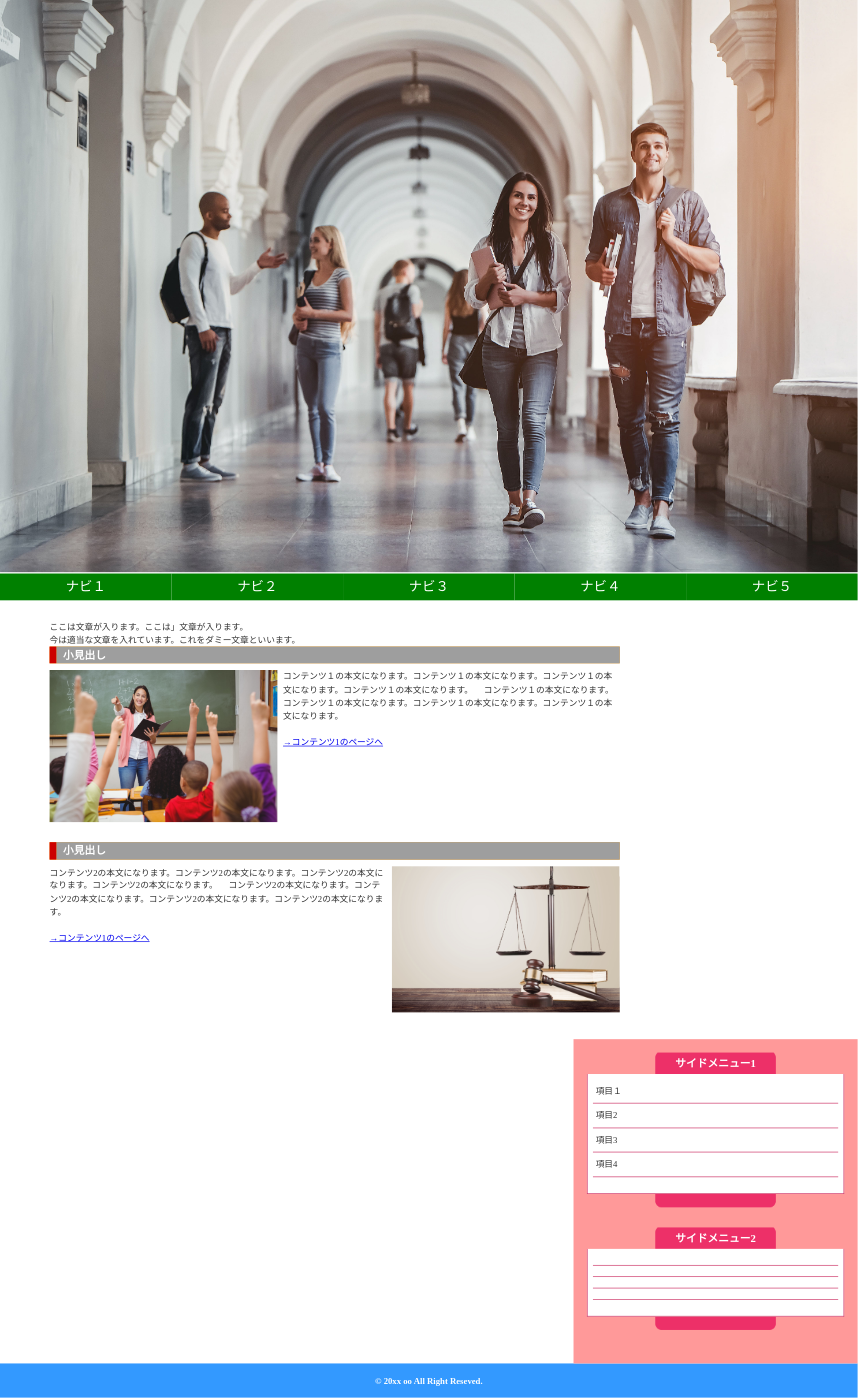
Repository: nekonoko114/samurai_HTML-CSS
Page: home.html
The author's editor kept a record of every edit. The page is drawn from the files as they stood at one moment, then again after the next edit.
The browser window is 1280 px wide. The pictures show the whole page, at 67% of full size.
Pictures or frames that could not be fetched are drawn as grey boxes.

Above is the page before.

### home.html
<!DOCTYPE html>
<html lang="ja">
<head>
    <meta charset="UTF-8">
    <meta name="viewport" content="width=device-width, initial-scale=1.0">
    <meta http-equiv="X-UA-Compatible" content="ie=edge">
    <link rel="stylesheet" href="stylesheet.css"></link>
    <title>HTML/CSSの学習</title>
</head>
<body>
     <div id="header">
                 <h1><a href="index.html"><img id="corridor"src="images/corridor.jpg" alt="大学の廊下"></a></h1>
     </div>
     <div id="wrapper">
           <div id="nav">
                <ul>
                      <li><a href="home.html">ナビ１</a></li>
                      <li><a href="#">ナビ２</a></li>
                      <li><a href="#">ナビ３</a></li>
                      <li><a href="#">ナビ４</a></li>
                      <li><a href="#">ナビ５</a></li>
                </ul>
           </div>
     </div>
     <div id="container">
           <div id="main">
                 <div class="post">
                       <p>ここは文章が入ります。ここは」文章が入ります。<br>今は適当な文章を入れています。これをダミー文章といいます。    </p>
                       <div class="post clearfix">
                             <h2>小見出し</h2>
                             <img class="left" src="images/classroom.jpg" alt="授業風景">
                             <p>コンテンツ１の本文になります。コンテンツ１の本文になります。コンテンツ１の本文になります。コンテンツ１の本文になります。
                             　コンテンツ１の本文になります。コンテンツ１の本文になります。コンテンツ１の本文になります。コンテンツ１の本文になります。</p>
                             　<p><a href="#">→コンテンツ1のページへ</a></p>
                       </div>
                        <div class="post clearfix">
                             <h2>小見出し</h2>
                             <img class="right" src="images/scale.jpg" alt="天秤">
                             <p>コンテンツ2の本文になります。コンテンツ2の本文になります。コンテンツ2の本文になります。コンテンツ2の本文になります。
                             　コンテンツ2の本文になります。コンテンツ2の本文になります。コンテンツ2の本文になります。コンテンツ2の本文になります。</p>
                             　<p><a href="#">→コンテンツ1のページへ</a></p>
                       </div>
                 </div>
           </div>
     </div>


     <div id="side">
           <div class="box">
                 <h2>サイドメニュー1</h2>
                 <div class="boxBody">
                       <ul>
                             <li>項目１</li>
                             <li>項目2</li>
                             <li>項目3</li>
                             <li>項目4</li>
                       </ul>
                 </div>
           </div>
           <div class="box">
                 <h2>サイドメニュー2</h2>
                 <div class="boxBody">
                       <ul>
                             <li></li>
                             <li></li>
                             <li></li>
                             <li></li>
                       </ul>
                 </div>
           </div>
     </div>

     <div id="footer">
           <p>&copy; 20xx oo All Right Reseved.</p>
     </div>
</body>
</html>

### stylesheet.css
@charset "UTF-8";

body {
    margin : 0;
    padding : 0;
    font-family : "ヒラギノ角ゴ　pro w3" , "Hiragino Kaku Gothic pro" "メイリオ",
    Meiryo,osaka,"MS "ＭＳ Ｐゴシック","MS PGothic", sans-serif;";
    color : #333;
    font-size : 13px;
    line-height : 150%;
}

/*---------------------------------------wrapper-------------------------------*/

#wrapper {
    width :100%;
    margin :auto;
    padding : 0;
    border : 0;
    background-color : #fff;
}
/*---------------positionプロパティー-----------------*/

#header {
    width : 100%;
}

#header h1 {
    margin: 0;
    padding: 0;
}

#corridor {
    width: 100%;
    height : auto;
}

#footer {
    clear : both;
    width: 100%;
    padding: 3px 0 3px 0;
    background-color: #39F;
    color :#fff;
    font-weight : bold;
    text-align :center;
}

/*-------------nav------------------*/

#nav {
    width: 100%;
}

#nav ul{
    display:flex;
    padding: 0;
    margin: 0;
    list-style : none;
}

#nav ul li {
    /*float: left;*/
    width: 20%;
    text-align:center;

}
#nav ul li  a{
    display: block;
    height :20px;
    margin: 0;
    padding: 10px;
    color : #fff;
    font-size :20px;
    text-decoration : none;
    background-color: green;
}

/*-----------疑似要素-----------------------*/
#nav ul li a:hover {
    filter : drop-shadow(10px 10px 10px black);
}
/*---------containe------------------------*/
#container {
    width: 90%;
    margin: auto;
    padding: auto;
    padding-top :20px;
    clear :both;
    display: grid;
    grid-template-columns: 70vw 30vw;
}

/*----------------main---------------------*/
#main {
    /*float: left;*/
    /*width: 60%;*/
    width: 95%;
    padding : 10px 30px 10px 10px;
}

#main h2 {
    margin : 0  0 10px 0;
    padding : 3px 10px 3px 10px;
    color : #fff;
    border-left : solid 10px #c00;
    font-size :16px;
    background : #F90 url("../images/main_h2.jpg") right top repeat;
}

#main p {
   padding: 0;
   margin: 0;
}

#main .post {
    margin :0 0 30px 0;
}

#main .post img.right {
    margin :0 0 0 8px;
}

#main .post img.left {
    margin :0 8px 0 0 ;
}

.right {
    float: right;
    width: 40%;
    height :auto;
}
.left {
    float : left;
    width : 40% ;
    height :auto;
}

/*----------clearfix-----------------------*/
.clearfix {
    zoom :1
}

.clearfix:after {
    content :"";
    display : block;
    clear : both;
}

/*------------side---------------------------*/

#side {
    float : right;
    width: 30%;
    /*width: 85%;*/
    padding: 20px;
    background-color: #f99;
}

#side .box {
    margin :0 auto 30px auto;
    padding :0 0 20px 0;
    background : url(images/side_box.png) bottom no-repeat;
}

#side .box h2 {
     margin: 0;
     padding: 8px;
     text-align: center;
     color :#fff;
     font-size : 16px;
     line-height : 16px;
     font-weight: bold;
     background : url(images/side_box_h2.png) center no-repeat ;
}
#side .box .boxBody {

    padding: 8px;
    border-right :solid 1px #c36;
    border-bottom : solid 1px #c36;
    border-left : solid 1px #c36;
    background : #fff;
}

#side .box .boxBody ul {
    margin: 0 0 16px 0;
    padding: 0;
}

#side .box .boxBody ul li {
    padding: 8px 0 8px 4px;
    list-style: none;
    border-bottom  :solid 1px #c36;
}

#side .box .boxBody ul li:hover {
    padding :8px 0 8px 4px;
    list-style : none;
    border-bottom : solid 1px #c36;
    box-shadow : 0px 4px 4px rgba(0,0,0,0.3);
}

After the next edit:
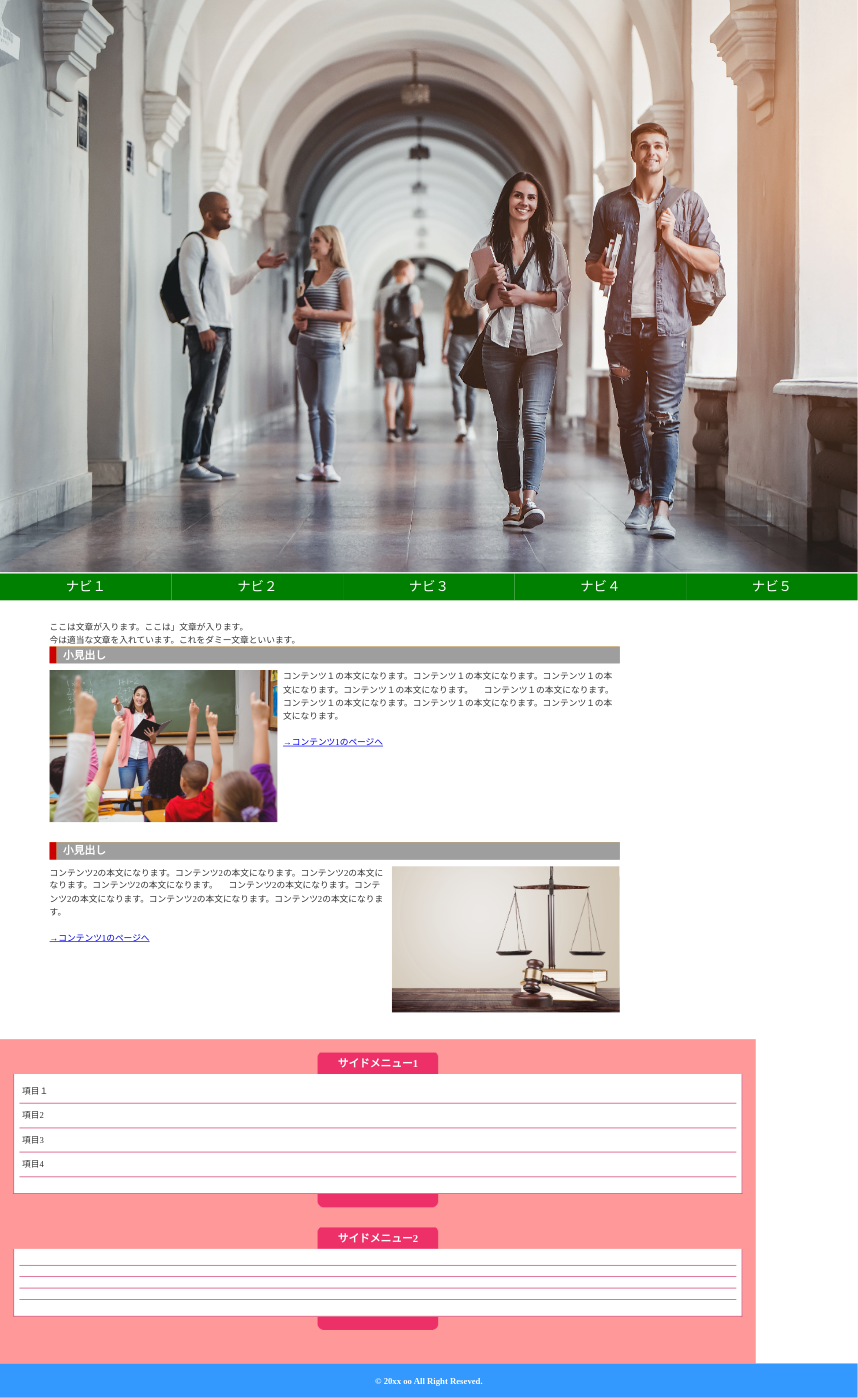
The edit:
--- a/stylesheet.css
+++ b/stylesheet.css
@@ -149,9 +149,9 @@
 /*------------side---------------------------*/
 
 #side {
-    float : right;
-    width: 30%;
-    /*width: 85%;*/
+    /*float : right;*/
+    /*width: 30%;*/
+    width: 85%;
     padding: 20px;
     background-color: #f99;
 }
